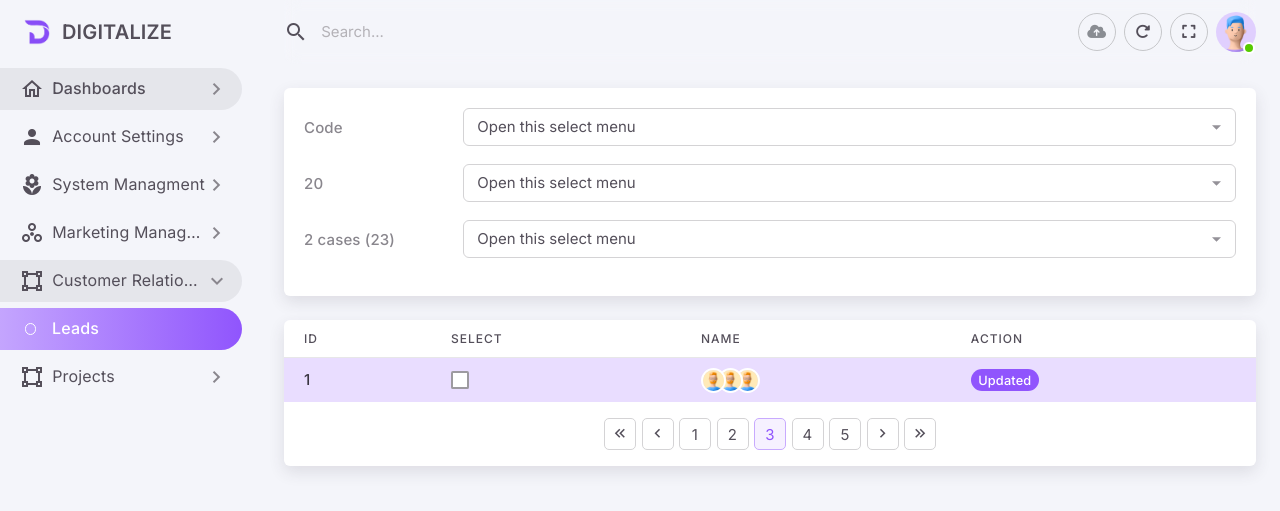
Repository: FadyFathey/sales-crm
Page: html/project-list.html
An editor plug-in stored every save of this project. The page is shown before and after the next save, followed by the edit.
The browser window is 1280 px wide. The pictures show the whole page.
Some icons come from a web library that is not loaded, so they are not drawn. Some web libraries are served in a nearby version.

Above is the page before, as saved 2024-10-09 13:36:20.
Console error: ReferenceError: d3 is not defined

After the next save:
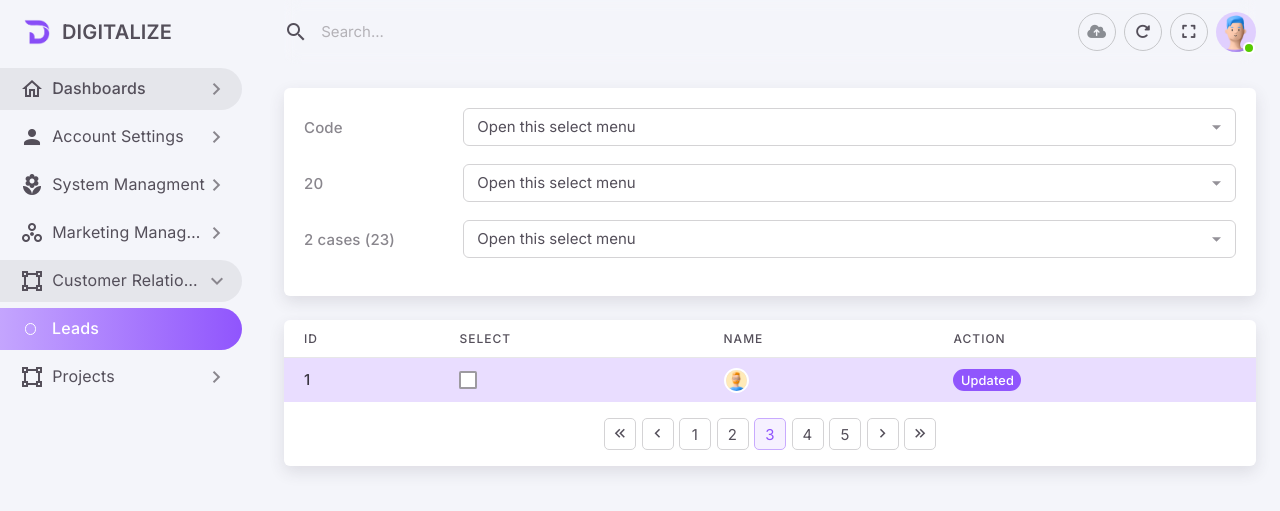
Saved 5 s later.
--- a/html/project-list.html
+++ b/html/project-list.html
@@ -403,18 +403,6 @@
                                                         <img src="../assets/img/avatars/5.png" alt="Avatar"
                                                             class="rounded-circle" />
                                                     </li>
-                                                    <li data-bs-toggle="tooltip" data-popup="tooltip-custom"
-                                                        data-bs-placement="top" class="avatar avatar-xs pull-up"
-                                                        title="Lilian Fuller">
-                                                        <img src="../assets/img/avatars/5.png" alt="Avatar"
-                                                            class="rounded-circle" />
-                                                    </li>
-                                                    <li data-bs-toggle="tooltip" data-popup="tooltip-custom"
-                                                        data-bs-placement="top" class="avatar avatar-xs pull-up"
-                                                        title="Lilian Fuller">
-                                                        <img src="../assets/img/avatars/5.png" alt="Avatar"
-                                                            class="rounded-circle" />
-                                                    </li>
                                                 </ul>
                                             </td>
                                             <td><span class="badge rounded-pill bg-primary me-1">Updated</span></td>
